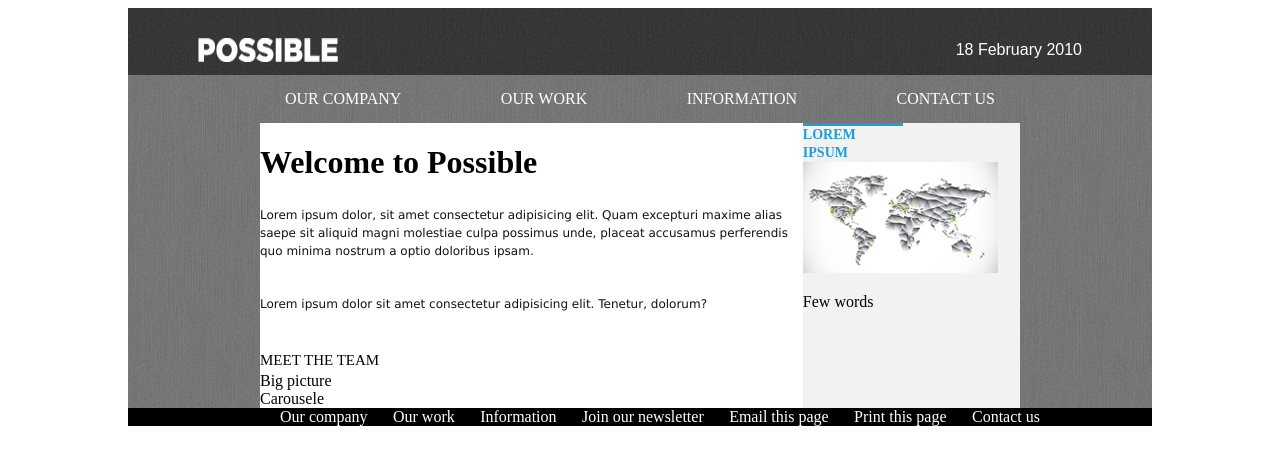
Repository: grzegorzgebala/possible-site
Page: index.html
An editor plug-in stored every save of this project. The page is shown before and after the next save, followed by the edit.
The browser window is 1280 px wide. The pictures show the whole page.
The style sheet was rebuilt from its Sass, Less or Tailwind sources for each picture, by a compiler version that may differ from the author's.

Above is the page before, as saved 2020-02-15 22:29:01.

### index.html
<!DOCTYPE html>
<html>
	<head>
		<meta charset="utf-8">
		<link rel="stylesheet" type="text/css" href="css/style.css">
		<title>Possible page</title>
	</head>
	<body>
        <div class="container">
            <header>
                <img src="images/logo.png" alt="possible logo">
                <div class="date">18 February 2010</div>
            </header>
            <nav class="menu">
                <ul>
                    <li>our company</li>
                    <li>our work</li>
                    <li>information</li>
                    <li>contact us</li>
                </ul>
            </nav>
            <div class="mainSite">
                <div class="leftSide">
                    <h1>Welcome to Possible</h1>
                    <article>Lorem ipsum dolor, sit amet consectetur adipisicing elit. Quam excepturi maxime alias saepe sit aliquid magni molestiae culpa possimus unde, placeat accusamus perferendis quo minima nostrum a optio doloribus ipsam.</article>
                    <article>Lorem ipsum dolor sit amet consectetur adipisicing elit. Tenetur, dolorum?</article>
                    <div class="meetTitle">Meet the team</div>
                    <div class="carousel">
                        <div>Big picture</div>
                        <div>Carousele</div>
                    </div>
                </div>
                <div class="rightSide">
                    <div class="rightTitle">lorem ipsum</div>
                    <img src="/images/map.png" alt="map">
                    <p>Few words</p>
                </div>
            </div>
            <footer>
                <ul>
                    <li>our company</li>
                    <li>our work</li>
                    <li>information</li>
                    <li>join our newsletter</li>
                    <li>email this page</li>
                    <li>print this page</li>
                    <li>contact us</li>
                </ul>
            </footer>
        </div>
	</body>
</html>

### sass/style.scss
// variables
$menuElementsColor: #ffffff;
$contentElementsColor: #000000;
$footerBackgroundColor: #000000;
$menuHooverColor: #000000;
$activeMenuColor: #1d9ed9;
$sideMenuColor: #1d9ed9;
$fontMenu: "Proxima Nova";
$leftSideBackgroundColor: #ffffff;
$rightSideBackgroundColor: #f2f2f2;
$contentHeaderFont: "Proxima Nova";
$contentDescriptionFont: "Verdana";
$contentColor: #121212;

// page style
.container {
    max-width: 1024px;
    margin: 0 auto;
    background-image: url("/images/mainBackground.png");
}

// header style
header {
    background-image: url("/images/backgroundHeader.png");
    display: flex;
    justify-content: space-between;
    padding: 30px 70px 13px 70px;

    .date {
        color: $menuElementsColor;
        // font-size: 12px;
        line-height: 24px;
        font-family: "Arial";
        // font-weight: bold;
    }
}

// menu
.menu ul {
    max-width: 760px;
    margin: 5px auto;
    display: flex;
    justify-content: space-between;
    list-style-type: none;
    color: $menuElementsColor;
    text-transform: uppercase;
    padding: 0;

    :hover {
        background-color: $menuHooverColor;
        color: $activeMenuColor;
        cursor: pointer;
    }

    li {
        padding: 10px 25px;
    }
}

// main content
.mainSite {
    max-width: 760px;
    margin: 0 auto;
    display: flex;
    justify-content: center;
    flex-direction: row;

    .leftSide {
        width: 100%;
        background-color: $leftSideBackgroundColor;

        h1 {
            font-family: $contentHeaderFont;
        }

        article {
            font-family: $contentDescriptionFont;
            font-size: 12px;
            line-height: 18px;
            color: $contentColor;
            margin-top: 25px;
            margin-bottom: 35px;
        }
        .meetTitle {
            font-size: 15px;
            line-height: 24px;
            text-transform: uppercase;
            color: $contentElementsColor;
            font-family: $contentHeaderFont;
        }
    }


    .rightSide {
        background-color: $rightSideBackgroundColor;
        width: 40%;

        .rightTitle {
            text-transform: uppercase;
            color: $sideMenuColor;
            font-weight: bold;
            font-size: 14px;
            line-height: 18px;
            border-top: 3px solid $sideMenuColor;
            width: 100px;
        }
    }

}

// footer
footer {
    background: $footerBackgroundColor;
}

footer ul {
    display: flex;
    justify-content: space-between;
    max-width: 760px;
    margin: 0 auto;
    list-style-type: none;
    color: $menuElementsColor;
    background: $footerBackgroundColor;

    li::first-letter {
        text-transform: uppercase;
    }
}

After the next save:
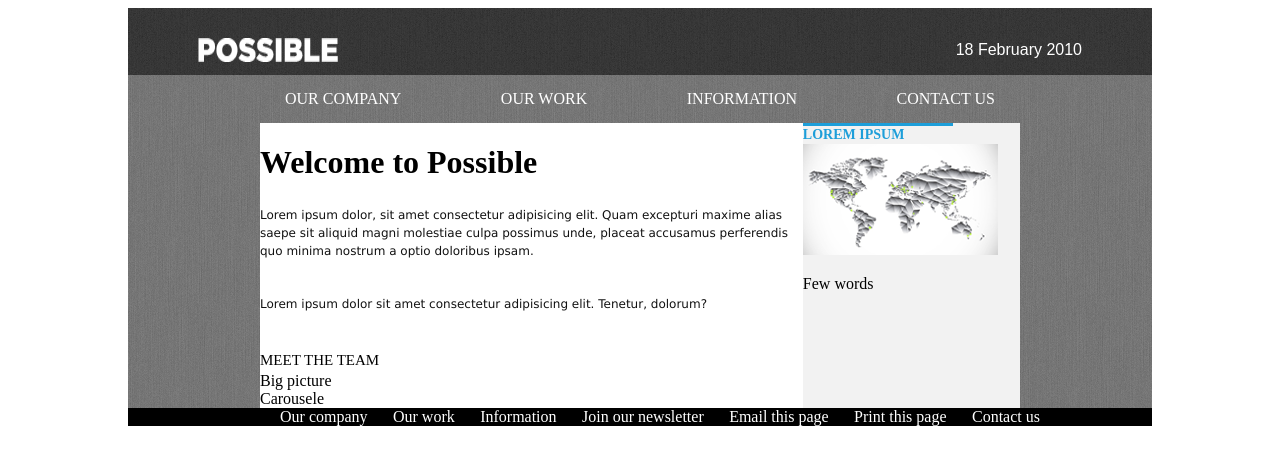
Saved 6 s later.
--- a/sass/style.scss
+++ b/sass/style.scss
@@ -102,7 +102,7 @@ header {
             font-size: 14px;
             line-height: 18px;
             border-top: 3px solid $sideMenuColor;
-            width: 100px;
+            width: 150px;
         }
     }
 
